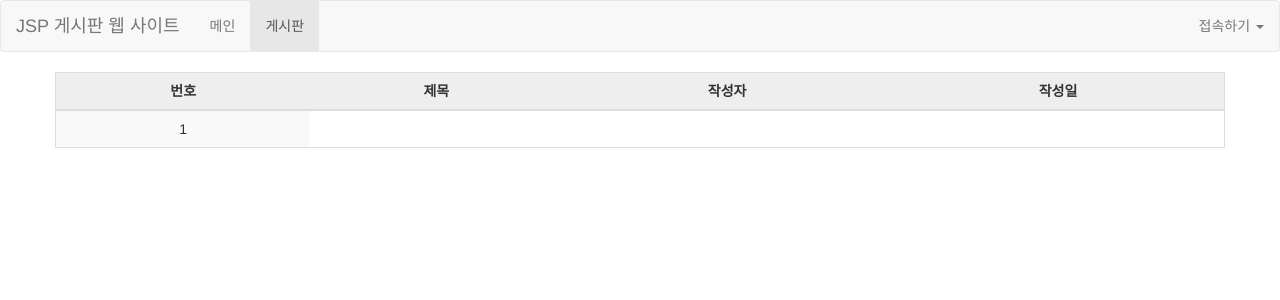
Repository: TheChok/BbsClone
Page: http://localhost/BBS/bbs.jsp
An editor plug-in stored every save of this project. The page is shown before and after the next save, followed by the edit.
The browser window is 1280 px wide. The pictures show the whole page.
Some web libraries are served in a nearby version. The page is served by Tomcat 9.

Above is the page before, as saved 2023-09-21 11:50:20.

After the next save:
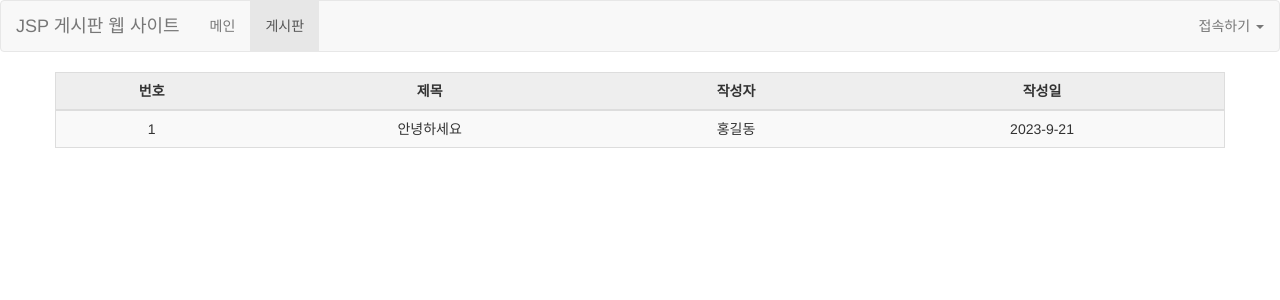
Saved 31 s later.
--- a/BBS/src/main/webapp/bbs.jsp
+++ b/BBS/src/main/webapp/bbs.jsp
@@ -88,6 +88,9 @@
 				<tbody>
 					<tr>
 						<td>1</td>
+						<td>안녕하세요</td>
+						<td>홍길동</td>
+						<td>2023-9-21</td>
 					</tr>
 				</tbody>
 			</table>
